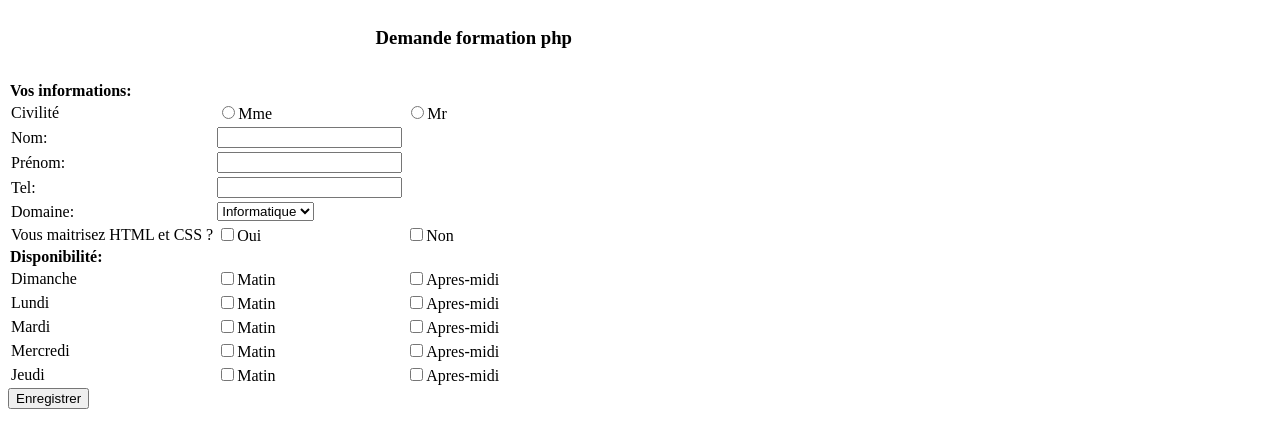
Repository: imouahrani/Gestion-des-stagiaires_JAVAEE
Page: http://localhost/LoginProjet/FormulaireInscription.jsp
These files come from the project's save history. The page is drawn as it stood at one moment and after the next save; the edit follows.
The browser window is 1280 px wide. The pictures show the whole page.
The page is served by Tomcat 9. The template is opened directly, without the code that normally fills it, so the values that code supplies are empty.

Above is the page before, as saved 2018-08-02 10:45:45.

After the next save:
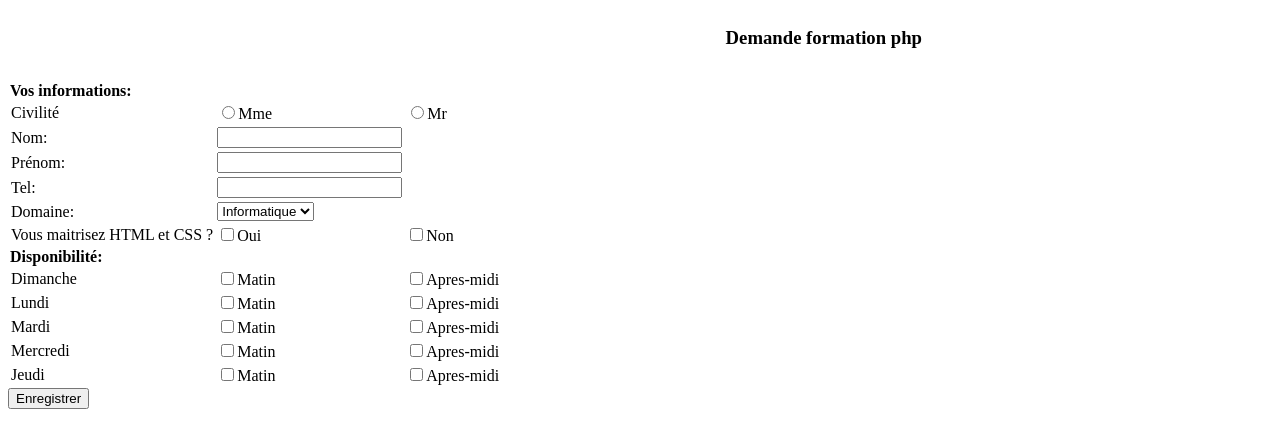
Saved 4 min 29 s later.
--- a/Formation Java Entreprise Edition/LoginProjet/WebContent/FormulaireInscription.jsp
+++ b/Formation Java Entreprise Edition/LoginProjet/WebContent/FormulaireInscription.jsp
@@ -18,7 +18,7 @@
 	</b>
 
 	<form action="TraiteInscription" method="post">
-		<h3 style="float: right; padding-right: 700px;">Demande formation
+		<h3 style="float: right; padding-right: 350px;">Demande formation
 			php</h3>
 		<br> <br>
 

After the save that followed:
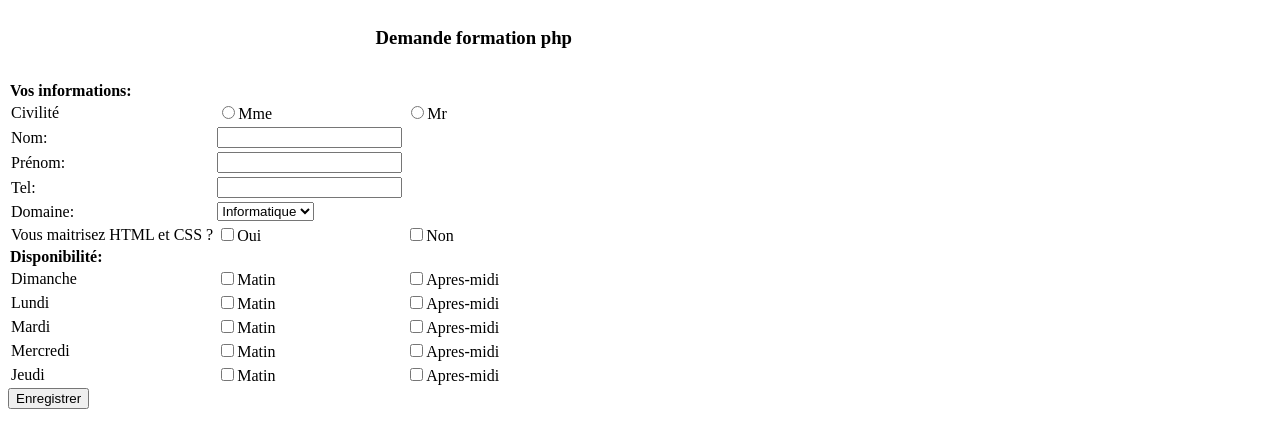
Saved 39 s later.
--- a/Formation Java Entreprise Edition/LoginProjet/WebContent/FormulaireInscription.jsp
+++ b/Formation Java Entreprise Edition/LoginProjet/WebContent/FormulaireInscription.jsp
@@ -18,7 +18,7 @@
 	</b>
 
 	<form action="TraiteInscription" method="post">
-		<h3 style="float: right; padding-right: 350px;">Demande formation
+		<h3 style="float: right; padding-right: 700px;">Demande formation
 			php</h3>
 		<br> <br>
 
